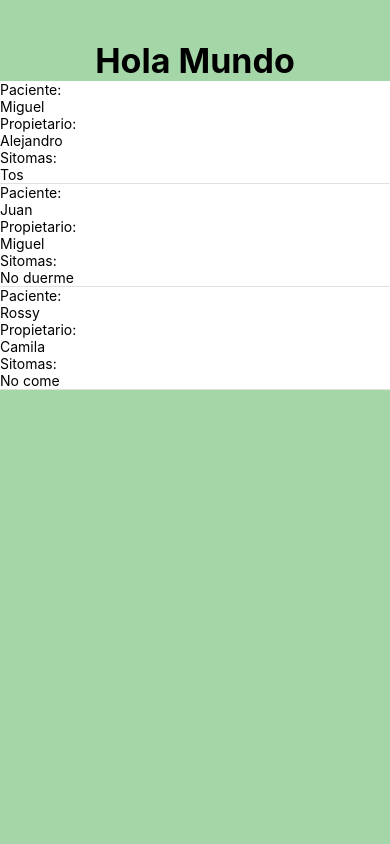
Repository: AleMicky/citas
Screen: /
An editor plug-in stored every save of this project. The screen is shown before and after the next save, followed by the edit.
The app was drawn by React Native's web renderer in a window 390 px wide. The project was rebuilt for these pictures with package versions that can differ from the ones it lists, and the page was loaded fresh each time.

Above is the screen before, as saved 2020-06-27 00:25:04.

### App.js
import React from 'react'
import { View, Text, StyleSheet, FlatList } from 'react-native'
import Cita from './src/components/Cita';

export default function App() {

  const [citas, setCitas] = React.useState([
      { id:'1', paciente:'Miguel', propietario:'Alejandro', sitomas: 'Tos' },
      { id:'2', paciente:'Juan', propietario:'Miguel', sitomas: 'No duerme' },
      { id:'3', paciente:'Rossy', propietario:'Camila', sitomas: 'No come' }
  ]);

  return (
    <View style={styles.contenedor}>
        <Text style={styles.titulo}>Hola Mundo</Text>
        <FlatList data = {citas}
                  renderItem = {({item}) => (<Cita item = {item}/>)}
                  keyExtractor = {citas => citas.id}
          />
    </View>
  )
}

const styles = StyleSheet.create({
  contenedor:{
    flex:1,
    backgroundColor:'#a5d6a7'
  },
  titulo:{
    marginTop:40,
    fontSize: 34,
    fontWeight:'bold',
    textAlign:'center'
  }
})

### src/components/Cita.js
import React from 'react';
import { Text, StyleSheet, View } from 'react-native';

const Cita = ({ item }) => {

    const { paciente, propietario, sitomas } = item;
    return (
        <View style={styles.cita}>
            <View>
                <Text>Paciente: </Text>
                <Text>{paciente}</Text>
            </View>
            <View>
                <Text>Propietario: </Text>
                <Text>{propietario}</Text>
            </View>
            <View>
                <Text>Sitomas: </Text>
                <Text>{sitomas}</Text>
            </View>
        </View>
    );
}
const styles = StyleSheet.create({
    cita:{
        backgroundColor:'#fff',
        borderBottomColor:"#e1e1e1",
        borderStyle:'solid',
        borderBottomWidth: 1
    }
})
export default Cita;

After the next save:
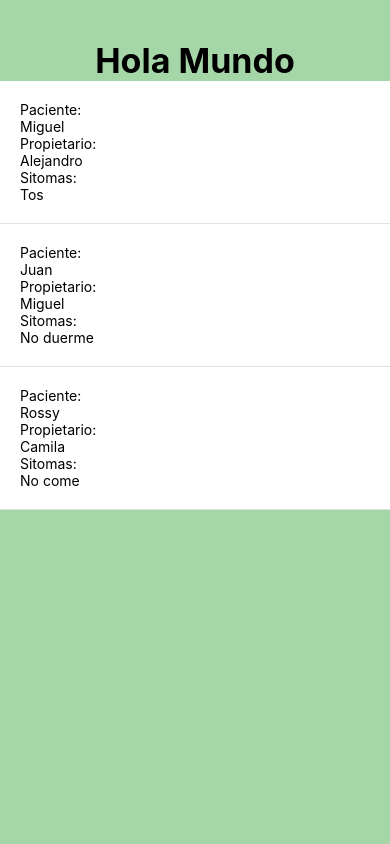
Saved 2 min 10 s later.
--- a/src/components/Cita.js
+++ b/src/components/Cita.js
@@ -26,7 +26,9 @@ const styles = StyleSheet.create({
         backgroundColor:'#fff',
         borderBottomColor:"#e1e1e1",
         borderStyle:'solid',
-        borderBottomWidth: 1
+        borderBottomWidth: 1,
+        paddingVertical:20,
+        paddingHorizontal:20,
     }
 })
 export default Cita;
